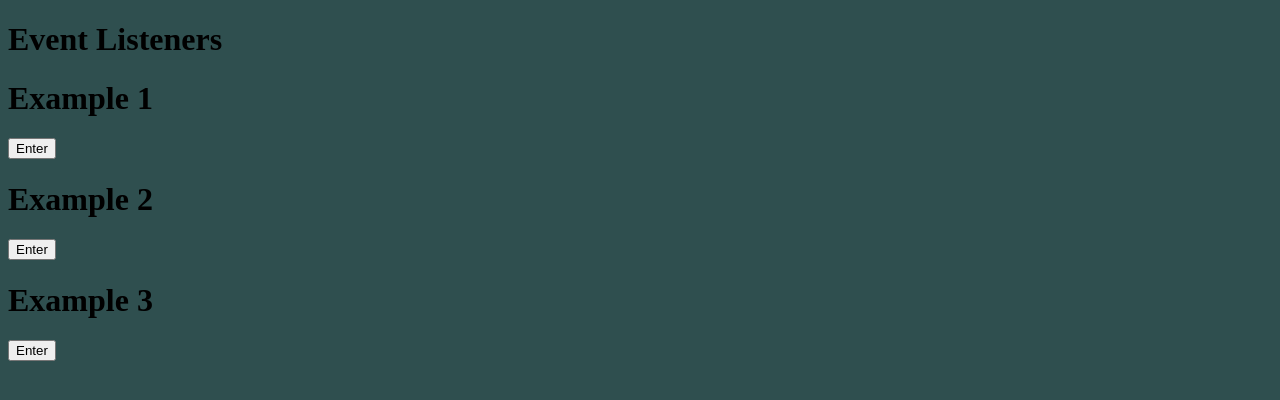
Repository: wakoya-tech/react-project
Page: Desktop/shaakala/ebo/index.html
An editor plug-in stored every save of this project. The page is shown before and after the next save, followed by the edit.
The browser window is 1280 px wide. The pictures show the whole page.

Above is the page before, as saved 2025-08-29 09:53:00.

After the next save:
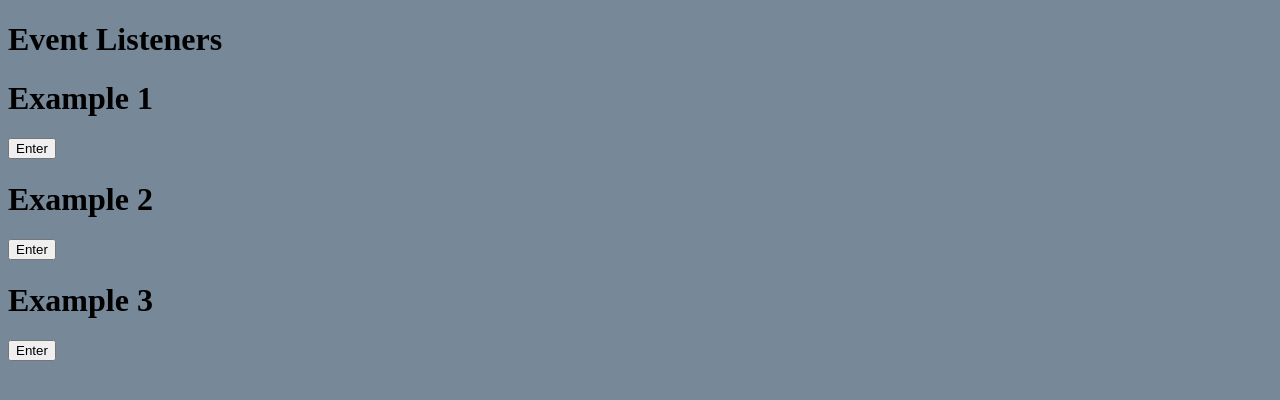
Saved 48 s later.
--- a/Desktop/shaakala/ebo/index.html
+++ b/Desktop/shaakala/ebo/index.html
@@ -7,7 +7,7 @@
 </head>
 <style>
     body{
-        background-color: darkslategrey;
+  background-color: lightslategray;
     }
 </style>
 <body>
